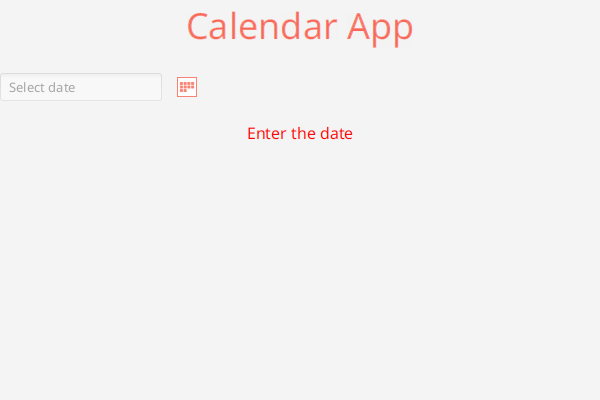
Repository: abhisheknaik96/Calendar-app
Program's window: java Calendar-app/src/simple_calendar/simple_calendar/SimpleCalendarDemo.java
An editor plug-in stored every save of this project. The program's window is shown before and after the next save, followed by the edit.
It runs on Java 21 on a 1366 x 768 screen with JavaFX 11; the title bar is not drawn. It also reads Calendar-app/src/simple_calendar/simple_calendar/style/calender_icon.png.

Above is the program's window before, as saved 2015-04-06 17:07:52.

### Calendar-app/src/simple_calendar/simple_calendar/SimpleCalendarDemo.java
/**
*  This file is part of SimpleCalendar.

*  SimpleCalendar is free software: you can redistribute it and/or modify
*  it under the terms of the GNU General Public License as published by
*  the Free Software Foundation, either version 3 of the License, or
*  (at your option) any later version.

*  SimpleCalendar is distributed in the hope that it will be useful,
*  but WITHOUT ANY WARRANTY; without even the implied warranty of
*  MERCHANTABILITY or FITNESS FOR A PARTICULAR PURPOSE.  See the
*  GNU General Public License for more details.

*  <http://www.gnu.org/licenses/>.

*/
package simple_calendar.simple_calendar;

import java.text.SimpleDateFormat;
import java.util.Date;

import javafx.application.Application;
import javafx.beans.value.ChangeListener;
import javafx.beans.value.ObservableValue;
import javafx.geometry.Pos;
import javafx.scene.Scene;
import javafx.scene.control.Label;
import javafx.scene.control.TextField;
import javafx.scene.layout.HBox;
import javafx.scene.layout.StackPane;
import javafx.scene.layout.VBox;
import javafx.scene.text.TextAlignment;
import javafx.stage.Stage;

public class SimpleCalendarDemo extends Application {

	@Override
	public void start(Stage stage) throws Exception {
        stage.setTitle("Simple Calendar Demo");
		StackPane root = new StackPane();
		root.setId("root");
        Scene scene = new Scene(root, 600, 400);
        stage.setScene(scene);
        scene.getStylesheets().addAll(SimpleCalendarDemo.class.getResource("style/simple_calendar.css").toExternalForm());
        VBox vbox = new VBox(20);
        vbox.setAlignment(Pos.TOP_CENTER);
        Label label = new Label("Calendar App");
        label.setId("DemoLabel");
        label.setTextAlignment(TextAlignment.CENTER);

        Label enterDate = new Label("Enter the date");
        enterDate.setId("EnterDateLabel");
        enterDate.setAlignment(Pos.TOP_LEFT);

        HBox dateBox = new HBox(15);
        dateBox.setAlignment(Pos.BASELINE_LEFT);
        final TextField dateField = new TextField("Select date");
        dateField.setEditable(false);
        dateField.setDisable(true);
        SimpleCalendar simpleCalender = new SimpleCalendar();
        simpleCalender.dateProperty().addListener(new ChangeListener<Date>() {

			@Override
			public void changed(ObservableValue<? extends Date> ov,
					Date oldDate, Date newDate) {
				dateField.setText((new SimpleDateFormat("dd/MM/yyyy")).format(newDate));

			}
		});
        dateBox.getChildren().addAll(dateField, simpleCalender);

        vbox.getChildren().addAll(label, dateBox, enterDate);

        root.getChildren().add(vbox);

        stage.show();

	}

	public static void main(String[] args) {
		launch(args);
	}



}

### Calendar-app/src/simple_calendar/simple_calendar/SimpleCalendar.java
/**
*  This file is part of SimpleCalendar.

*  SimpleCalendar is free software: you can redistribute it and/or modify
*  it under the terms of the GNU General Public License as published by
*  the Free Software Foundation, either version 3 of the License, or
*  (at your option) any later version.

*  SimpleCalendar is distributed in the hope that it will be useful,
*  but WITHOUT ANY WARRANTY; without even the implied warranty of
*  MERCHANTABILITY or FITNESS FOR A PARTICULAR PURPOSE.  See the
*  GNU General Public License for more details.

*  <http://www.gnu.org/licenses/>.

*/
package simple_calendar.simple_calendar;

import java.util.Date;

import javafx.beans.property.ObjectProperty;
import javafx.beans.value.ChangeListener;
import javafx.beans.value.ObservableValue;
import javafx.event.ActionEvent;
import javafx.event.EventHandler;
import javafx.geometry.Point2D;
import javafx.scene.Parent;
import javafx.scene.control.Button;
import javafx.scene.layout.VBox;
import javafx.stage.Popup;

/**
 * A simple calendar to pick up a date.
 *
 */
public class SimpleCalendar extends VBox{

	private Popup popup;
	final DatePicker datePicker;

	public SimpleCalendar() {
		popup = new Popup();
		popup.setAutoHide(true);
		popup.setAutoFix(true);
		popup.setHideOnEscape(true);

		datePicker = new DatePicker();
		datePicker.dateProperty().addListener(new ChangeListener<Date>() {

			@Override
			public void changed(ObservableValue<? extends Date> ov,
					Date oldDate, Date newDate) {
				if (popup.isShowing())
					popup.hide();

			}
		});
		popup.getContent().add(datePicker);

		final Button calenderButton = new Button();
		calenderButton.setId("CalenderButton");
		calenderButton.setOnAction(new EventHandler<ActionEvent>() {

			@Override
			public void handle(ActionEvent ae) {
				Parent parent = SimpleCalendar.this.getParent();
				// Popup will be shown at upper left corner of calenderbutton
				Point2D point = calenderButton.localToScene(0, 0);
				final double layoutX = parent.getScene().getWindow().getX() + parent.getScene().getX() + point.getX();
				final double layoutY = parent.getScene().getWindow().getY() + parent.getScene().getY() + point.getY();
				popup.show(SimpleCalendar.this, layoutX, layoutY);

			}
		});

		getChildren().add(calenderButton);
	}

	/**
	 * @return a string bean property to bind the date information to a desired node
	 */
	public ObjectProperty<Date> dateProperty() {
		return datePicker.dateProperty();
	}

}

### Calendar-app/src/simple_calendar/simple_calendar/DatePicker.java
/**
*  This file is part of SimpleCalendar.

*  SimpleCalendar is free software: you can redistribute it and/or modify
*  it under the terms of the GNU General Public License as published by
*  the Free Software Foundation, either version 3 of the License, or
*  (at your option) any later version.

*  SimpleCalendar is distributed in the hope that it will be useful,
*  but WITHOUT ANY WARRANTY; without even the implied warranty of
*  MERCHANTABILITY or FITNESS FOR A PARTICULAR PURPOSE.  See the
*  GNU General Public License for more details.

*  <http://www.gnu.org/licenses/>.

*/
package simple_calendar.simple_calendar;

import java.text.SimpleDateFormat;
import java.util.Calendar;
import java.util.Date;
import java.util.GregorianCalendar;

import javafx.beans.property.ObjectProperty;
import javafx.beans.property.SimpleObjectProperty;
import javafx.event.ActionEvent;
import javafx.event.EventHandler;
import javafx.geometry.Pos;
import javafx.scene.control.Button;
import javafx.scene.control.Label;
import javafx.scene.input.MouseEvent;
import javafx.scene.layout.HBox;
import javafx.scene.layout.StackPane;
import javafx.scene.layout.VBox;
import javafx.scene.shape.LineTo;
import javafx.scene.shape.MoveTo;
import javafx.scene.shape.Path;

public class DatePicker extends StackPane {
	private boolean isSundayFirstDay = true;
	private Calendar today;
	private ObjectProperty<Date> dateProperty;
	private final DayCell[] dayCells;
	private int month;
	private int year;
	private final static int COLUMN_NUMBER = 7;
	private final static int ROW_NUMBER = 6;
	private final static double CELL_HEIGHT = 20;
	private final static double CELL_WIDTH = 25;
	private final static double ARROW_SIZE = CELL_HEIGHT * 0.3;
	private final static String DATEPICKER_OTHERMONTH = "datepicker-othermonth-cell";
	private final static String DATEPICKER_TODAY = "datepicker-today-cell";
	private final static String DATEPICKER_MONTH = "datepicker-month-cell";
	private final static String DATEPICKER_WEEKDAY = "datepicker-weekday-row";
	private final static String DATEPICKER_MONTHYEAR = "datepicker-monthyear-row";
	private final static String DATEPICKER_ARROW = "DatepickerArrow";
	private final static String DATEPICKER_DAYCELL = "DatepickerDayCell";
	private final static String DATEPICKER_TODAYBUTTON = "DatepickerTodayButton";
	private final static String DATEPICKER_TODAYBUTTONBOX = "DatepickerTodayButtonBox";
	private String[] cellStyleList = {DATEPICKER_OTHERMONTH, DATEPICKER_TODAY, DATEPICKER_MONTH};

	/**
	 * Constructor of DatePicker class
	 */
	public DatePicker(){
		super();
		VBox pickerBox = new VBox();
		setId("DatePicker");
		today = Calendar.getInstance();
		// Check whether Sunday is the first day of the week
		isSundayFirstDay = today.getFirstDayOfWeek() == 1 ? true : false;
		month = today.get(Calendar.MONTH);
		year = today.get(Calendar.YEAR);
		dateProperty = new SimpleObjectProperty<Date>((new GregorianCalendar()).getTime());

		// First block of the picker pane, which is constructed to show month and year and to change them by decreasing and increasing.
		HBox monthYearRow = new HBox();
		final Label monthYear = new Label(getMonthYear((new GregorianCalendar()).getTime()));
		monthYear.setMinHeight(CELL_HEIGHT * 1.5);
		monthYear.setMinWidth(CELL_WIDTH * 6.0);
		monthYear.setAlignment(Pos.CENTER);
		monthYearRow.getStyleClass().add(DATEPICKER_MONTHYEAR);
		Path decrementArrow = new Path();
		decrementArrow.setId(DATEPICKER_ARROW);
		decrementArrow.getElements().addAll(new MoveTo(0, ARROW_SIZE), new LineTo(0, -ARROW_SIZE),
				new LineTo(-ARROW_SIZE, 0), new LineTo(0, ARROW_SIZE));
		decrementArrow.setOnMouseClicked(new EventHandler<MouseEvent>() {
			@Override
			public void handle(MouseEvent me) {
				month--;
				if(month < 0) {
					month = Calendar.DECEMBER;
					year--;
				}
				monthYear.setText(getMonthYear((new GregorianCalendar(year, month, 1)).getTime()));
				setDayCells();
				me.consume();
			}
		});
		Path inreamentArrow = new Path();
		inreamentArrow.setId(DATEPICKER_ARROW);
		inreamentArrow.getElements().addAll(new MoveTo(0, ARROW_SIZE), new LineTo(0, -ARROW_SIZE),
				new LineTo(ARROW_SIZE, 0), new LineTo(0, ARROW_SIZE));
		inreamentArrow.setOnMouseClicked(new EventHandler<MouseEvent>() {
			@Override
			public void handle(MouseEvent me) {
				month++;
				if(month > Calendar.DECEMBER) {
					month = Calendar.JANUARY;
					year++;
				}
				monthYear.setText(getMonthYear((new GregorianCalendar(year, month, 1)).getTime()));
				setDayCells();
				me.consume();
			}
		});
		monthYearRow.getChildren().addAll(decrementArrow, monthYear, inreamentArrow);
		monthYearRow.setAlignment(Pos.CENTER);

		// Second block of the picker pane, which is constructed to show the first letter of names of days in the week.
		HBox firstLetterOfDayRow = new HBox();
		firstLetterOfDayRow.getStyleClass().add(DATEPICKER_WEEKDAY);
		String[] weekDays = getFirstLettersOfDays();
		for (int i = 0; i < weekDays.length; i++) {
			Label cell = new Label(weekDays[i]);
			cell.setMinHeight(CELL_HEIGHT);
			cell.setMinWidth(CELL_WIDTH);
			cell.setAlignment(Pos.CENTER);
			firstLetterOfDayRow.getChildren().add(cell);
		}
		pickerBox.getChildren().addAll(monthYearRow, firstLetterOfDayRow);

		// Third block of the picker pane, which is constructed to show the days in a ROW_NUMBER by COLUMN_NUMBER matrix.
		// The matrix constitutes of DayCell class which extends Label class and holds date information.
		dayCells = new DayCell[COLUMN_NUMBER * ROW_NUMBER];
		int index = 0;
		for (int i = 0; i < ROW_NUMBER; i++) {
			HBox row = new HBox();
			for (int j = 0; j < COLUMN_NUMBER; j++) {
				DayCell cell = createCell(0, 0, 0);
				row.getChildren().add(cell);
				cell.setId(DATEPICKER_DAYCELL);
				dayCells[index++] = cell;
			}
			pickerBox.getChildren().add(row);
		}

		Button todayButton = new Button("Today");
		todayButton.setId(DATEPICKER_TODAYBUTTON);
		todayButton.setOnAction(new EventHandler<ActionEvent>() {

			@Override
			public void handle(ActionEvent ae) {
				dateProperty.setValue((new GregorianCalendar(0, 0, 0)).getTime());
				dateProperty.setValue(
						(new GregorianCalendar(
								today.get(Calendar.YEAR),
								today.get(Calendar.MONTH),
								today.get(Calendar.DAY_OF_MONTH))).getTime());

			}
		});

		HBox todayButtonBox = new HBox();
		todayButtonBox.setId(DATEPICKER_TODAYBUTTONBOX);
		todayButtonBox.setAlignment(Pos.CENTER);
		todayButtonBox.getChildren().add(todayButton);

		pickerBox.getChildren().add(todayButtonBox);

		getChildren().add(pickerBox);

		// Setter of the day cells
		setDayCells();
	}

	/**
	 * @return DateProperty to bind to parent node
	 */
	public ObjectProperty<Date> dateProperty(){
		return dateProperty;
	}

	/**
	 * @return an array of first letters of the week days based on default locale.
	 * Monday is defined as the first day of the week in some locales. This property
	 * is controlled by <code>isSundayFirstDay</code> variable in the constructor of the
	 * <code>DatePicker</code> class.
	 */
	private String[] getFirstLettersOfDays(){
		String[] firstLettersOfDays = new String[7];
		int d = isSundayFirstDay ? 1 : 2;
		// Use sequential dates to get the names of days of the week.
		for (int i = 0; i < firstLettersOfDays.length; i++) {
			firstLettersOfDays[i] =
					(new SimpleDateFormat("EEEE"))
					.format((new GregorianCalendar(0, 0, 3 + d + i))
					.getTime())
					.substring(0, 1);
		}

		return firstLettersOfDays;
	}

	/**
	 * @param date is the Gregorian date to be formatted
	 * @return the formatted date in the form of "Month, Year" like "January, 2012"
	 */
	private String getMonthYear(Date date){

		return (new SimpleDateFormat("MMMM, YYYY")).format(date);
	}

	/**
	 * Setter of cells in the matrix based on the month and the year. It takes 1 as the first day of the month
	 * to create a calendar. Once the calendar created it is calculated which day of the week is the first
	 * day of the month. Firstly, the cells for the days of previous month are set if any, and then the cells
	 * for the days of present month are set, and finally the cells for the next month are set.
	 */
	private void setDayCells(){
		Calendar calendar = Calendar.getInstance();
		calendar.set(Calendar.YEAR, year);
		calendar.set(Calendar.MONTH, month);
		calendar.set(Calendar.DAY_OF_MONTH, 1);
		// Calendar.DAY_OF_WEEK uses base 1. That's why one is subtracted.
		int firstDayOfMonth = calendar.get(Calendar.DAY_OF_WEEK) - 1;
		// Check whether Sunday is the first day of the week. If not, shift the first day
		if(!isSundayFirstDay){
			firstDayOfMonth += 6;
			if (firstDayOfMonth > 7)
				firstDayOfMonth -= 7;
		}
		int daysInMonth = calendar.getActualMaximum(Calendar.DAY_OF_MONTH);
		calendar.set(Calendar.MONTH, month - 1);
		int daysInPreviousMonth = calendar.getActualMaximum(Calendar.DAY_OF_MONTH);

		// Set the cells for the days of previous month
		for (int i = 0; i < firstDayOfMonth; i++) {
			int m = month - 1;
			int y = year;
			if (m < 0) {
				m = Calendar.DECEMBER;
				y--;
			}
			DayCell cell = dayCells[i];
			cell.setDate(daysInPreviousMonth - (firstDayOfMonth) + i + 1, m, y);
			cell.getStyleClass().removeAll(cellStyleList);
			cell.getStyleClass().add(DATEPICKER_OTHERMONTH);
		}

		// Set the cells for the days of month to be presented
		int day = 1;
		for (int i = firstDayOfMonth; i < daysInMonth + firstDayOfMonth; i++) {
			DayCell cell = dayCells[i];
			cell.setDate(day++, month, year);
			calendar.set(Calendar.YEAR, year);
			calendar.set(Calendar.MONTH, month);
			calendar.set(Calendar.DAY_OF_MONTH, cell.getDay());
			cell.getStyleClass().removeAll(cellStyleList);
			if (isToday(calendar))
				cell.getStyleClass().add(DATEPICKER_TODAY);
			else
				cell.getStyleClass().add(DATEPICKER_MONTH);
		}

		// Set the cells for the days of next month
		day = 1;
		for (int i = firstDayOfMonth + daysInMonth; i < COLUMN_NUMBER * ROW_NUMBER; i++) {
			int m = month + 1;
			int y = year;
			if (m > Calendar.DECEMBER) {
				m = Calendar.JANUARY;
				y++;
			}
			DayCell cell = dayCells[i];
			cell.setDate(day++, m, y);
			cell.getStyleClass().removeAll(cellStyleList);
			cell.getStyleClass().add(DATEPICKER_OTHERMONTH);
		}
	}

	/**
	 * @param calendar is to be compared
	 * @return true if the compared calendar is today
	 */
	private boolean isToday(Calendar calendar){

		return today.get(Calendar.YEAR) == calendar.get(Calendar.YEAR) &&
				today.get(Calendar.MONTH) == calendar.get(Calendar.MONTH) &&
				today.get(Calendar.DAY_OF_MONTH) == calendar.get(Calendar.DAY_OF_MONTH);

	}

	/**
	 * @param dayNumber is the day contained by the cell and used for label text
	 * @param month is the month contained by the cell. Its base is 0.
	 * @param year is the year contained by the cell
	 * @return the created cell which will be located in the matrix.
	 */
	private DayCell createCell(int dayNumber, int month, int year){
		final DayCell cell = new DayCell(dayNumber, month, year);
		cell.setMinHeight(CELL_HEIGHT);
		cell.setMinWidth(CELL_WIDTH);
		cell.setAlignment(Pos.CENTER);
		cell.setOnMouseClicked(new EventHandler<MouseEvent>() {
			@Override
			public void handle(MouseEvent me) {
				dateProperty.setValue((new GregorianCalendar(0, 0, 0)).getTime());
				dateProperty.setValue(
						(new GregorianCalendar(
								cell.getYear(),
								cell.getMonth(),
								cell.getDay())).getTime());
				me.consume();
			}
		});

		return cell;
	}

	/**
	 * DayCell class is an extension of Label class and designed to hold the date
	 * information. The day of the date is used to set the text of super class.
	 *
	 */
	private class DayCell extends Label {
		private int d;
		private int m;
		private int y;

		public DayCell(int day, int month, int year) {
			 super(String.valueOf(day));
		}

		public int getDay() {
			return d;
		}

		public int getMonth() {
			return m;
		}

		public int getYear() {
			return y;
		}

		public void setDate(int day, int month, int year){
			this.d = day;
			setText(String.valueOf(day));
			this.m = month;
			this.y = year;
		}
	}
}

### Calendar-app/src/simple_calendar/simple_calendar/style/simple_calendar.css
/**
*  This file is part of SimpleCalender.

*  SimpleCalender is free software: you can redistribute it and/or modify
*  it under the terms of the GNU General Public License as published by
*  the Free Software Foundation, either version 3 of the License, or
*  (at your option) any later version.

*  SimpleCalender is distributed in the hope that it will be useful,
*  but WITHOUT ANY WARRANTY; without even the implied warranty of
*  MERCHANTABILITY or FITNESS FOR A PARTICULAR PURPOSE.  See the
*  GNU General Public License for more details.

*  <http://www.gnu.org/licenses/>.

*/
#DemoLabel {
	-fx-font-size: 36px;
	-fx-text-fill: salmon;
}
#EnterDateLabel {
	-fx-font-size: 16px;
	-fx-text-fill: red;
}
#DatepickerArrow {
	-fx-fill: gray;
	-fx-stroke: gray;
}
#DatepickerArrow:hover {
	-fx-fill: black;
	-fx-stroke: black;
}
#DatePicker {
	-fx-background-color: linear-gradient(to bottom, white, wheat);
    -fx-border-color: black;
}
#DatepickerDayCell {
	-fx-background-color: transparent;
	-fx-border-radius: 4;
	-fx-spacing: 0;
}
#DatepickerDayCell:hover {
	-fx-background-color: azure;
	-fx-border-color: royalblue;
	-fx-border-radius: 3;
	-fx-text-fill: royalblue;
}
#DatepickerDayCell .datepicker-today-cell {
    -fx-background-color: lightsteelblue;
   	-fx-border-radius: 3;
   	-fx-border-style: segments(2,2);
   	-fx-border-color: royalblue;
    -fx-text-fill: royalblue;
	-fx-font-size: 12px;
}
.datepicker-weekday-row {
    -fx-background-color: linear-gradient(to bottom, gray, lightgray, lightgray, lightgray, gray);
    -fx-text-fill: black;
	-fx-font-size: 12px;
}
.datepicker-monthyear-row {
	-fx-background-color: linear-gradient(to bottom, beige, lightsalmon, beige);
	-fx-text-fill: black;
	-fx-font-size: 12px;
}
.datepicker-othermonth-cell {
   	-fx-border-radius: 4;
    -fx-text-fill: gray;
	-fx-font-size: 12px;
}
#DatepickerTodayButton {
	-fx-font-size: 12px;
}
#DatepickerTodayButtonBox {
	-fx-padding: 5;
}
#CalenderButton {
    -fx-font-size: 14px;
	-fx-background-image: url("calender_icon.png");
	-fx-background-color: null;
	-fx-background-repeat: no-repeat;
	-fx-background-position: center;
}

After the next save:
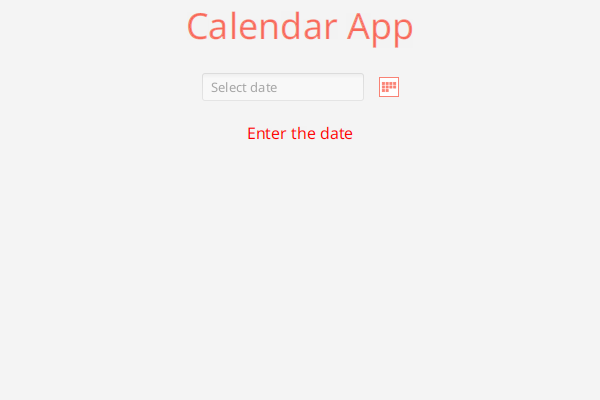
Saved 18 s later.
--- a/Calendar-app/src/simple_calendar/simple_calendar/SimpleCalendarDemo.java
+++ b/Calendar-app/src/simple_calendar/simple_calendar/SimpleCalendarDemo.java
@@ -53,7 +53,7 @@
         enterDate.setAlignment(Pos.TOP_LEFT);
 
         HBox dateBox = new HBox(15);
-        dateBox.setAlignment(Pos.BASELINE_LEFT);
+        dateBox.setAlignment(Pos.CENTER);
         final TextField dateField = new TextField("Select date");
         dateField.setEditable(false);
         dateField.setDisable(true);
